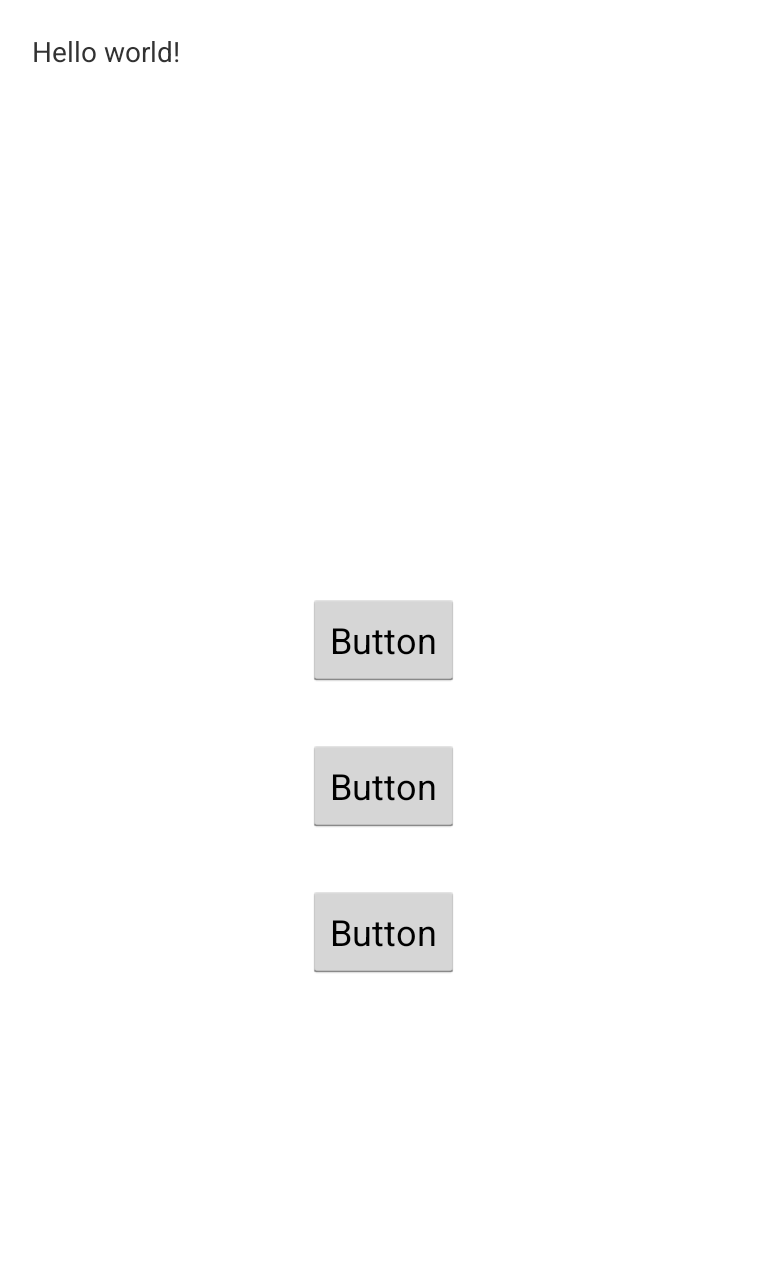
Repository: yj354/alwaysonworkspace
Layout: ListyTasky001/res/layout/activity_main.xml
These files come from the project's save history. The layout is drawn as it stood at one moment and after the next save; the edit follows.
It is drawn on a 768 x 1280 px phone screen (xhdpi) without system bars, with theme AppTheme; the app's code is not run.

Above is the layout before, as saved 2014-02-23 14:13:02.

After the next save:
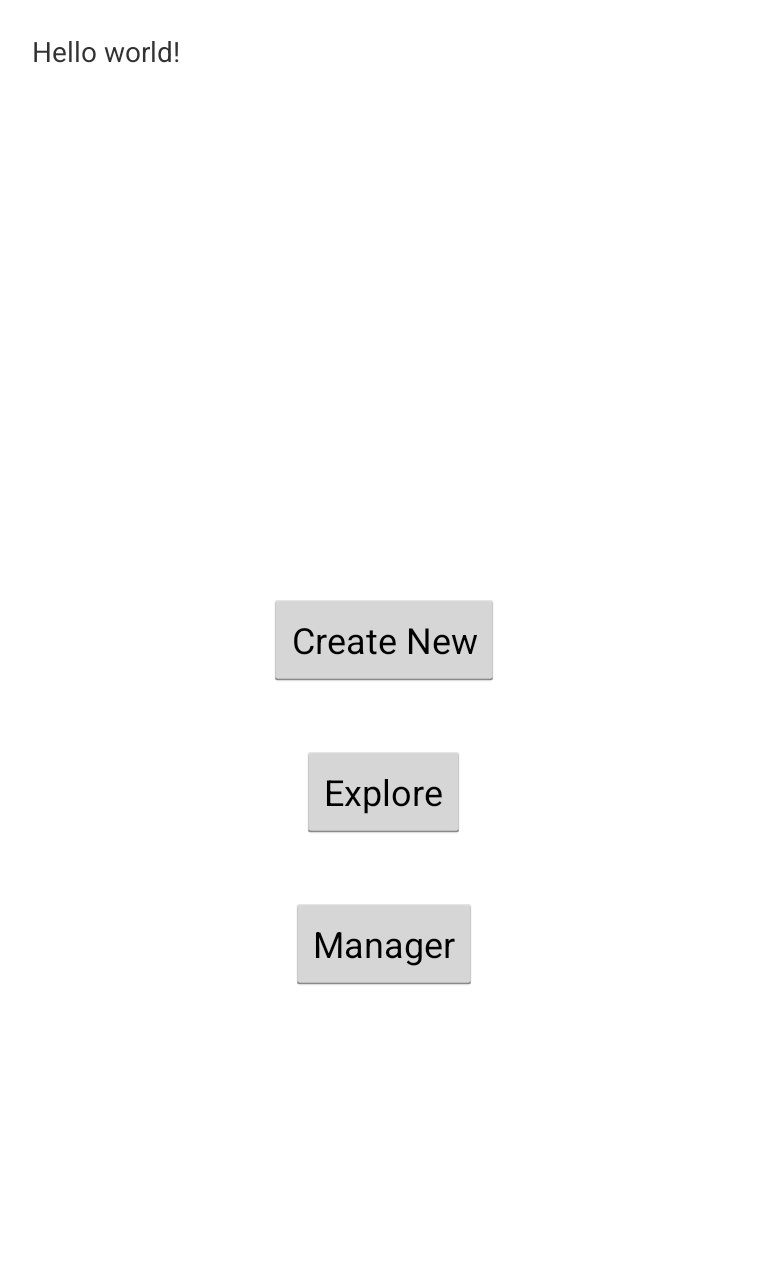
Saved 2 min 22 s later.
--- a/ListyTasky001/res/layout/activity_main.xml
+++ b/ListyTasky001/res/layout/activity_main.xml
@@ -19,24 +19,24 @@
         android:layout_height="wrap_content"
         android:layout_centerHorizontal="true"
         android:layout_centerVertical="true"
-        android:text="Button" />
+        android:text="Create New" />
 
     <Button
         android:id="@+id/button1.1"
         android:layout_width="wrap_content"
         android:layout_height="wrap_content"
-        android:layout_alignRight="@+id/button1.0"
         android:layout_below="@+id/button1.0"
-        android:layout_marginTop="25dp"
-        android:text="Button" />
+        android:layout_centerHorizontal="true"
+        android:layout_marginTop="28dp"
+        android:text="Explore" />
 
     <Button
         android:id="@+id/button1.2"
         android:layout_width="wrap_content"
         android:layout_height="wrap_content"
-        android:layout_alignLeft="@+id/button1.1"
         android:layout_below="@+id/button1.1"
-        android:layout_marginTop="25dp"
-        android:text="Button" />
+        android:layout_centerHorizontal="true"
+        android:layout_marginTop="28dp"
+        android:text="Manager" />
 
 </RelativeLayout>
